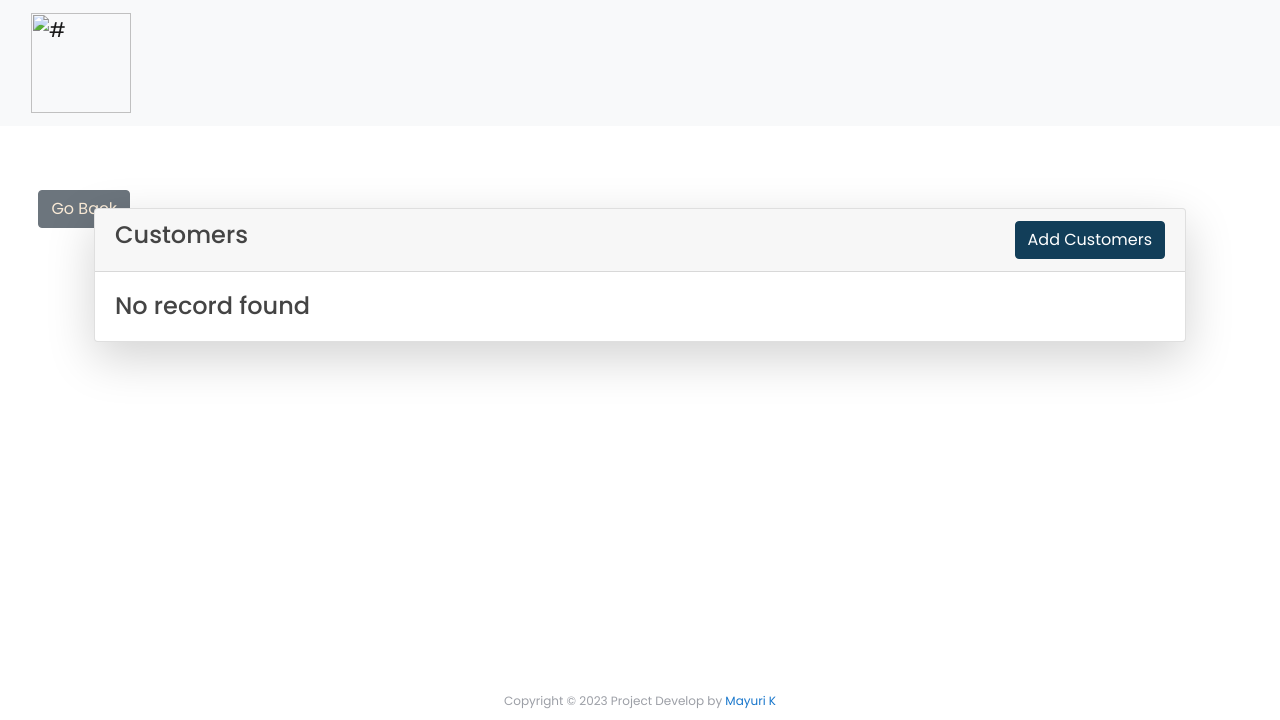
Repository: JyrossC/POS-PHP
Page: http://localhost/customer/customers.php
The author's editor kept a copy of each file at every save. The page is drawn from the files as they stood at one save, then again after the next save.
The browser window is 1280 px wide. The pictures show the whole page.
Some web fonts or font styles are not loaded; a fallback is used. The page is run by PHP 8.4 with error messages shown; the project is at /var/www/html/. Other server files are loaded and not shown. Queries for data that is not in the repository find no rows.

Above is the page before, as saved 2024-08-24 14:57:55.

### POS System/customer/customers.php
<?php

include('../header.php');
include('function.php');
include('header1.php');
include('navbar.php');



?>

<div class=" mt-5 py-3" style="margin-left: 3%; text-decoration: none;" >
    <button type="button" class="btn btn-secondary">
        <a href="../index.php" style="text-decoration: none; color:antiquewhite; ">Go Back</a>
    </button>
</div>

<div class="container px-4" style="margin-top: -60px;" >
    <div class="card mt-4 shadow-lg">
        <div class="card-header">
            <h4 class="mb-0">Customers
                <a href="add-customer.php" class="btn btn-primary float-end">Add Customers</a>
            </h4>
        </div>
        <div class="card-body">
            <?php alertMessage(); ?>

            <?php
                $customers = getAll('customers');
                if(!$customers){
                    echo '<h4>Something Went Wrong</h4>';
                    return false;
                }
                if(mysqli_num_rows($customers) > 0)
                {


            ?>

            <div class="table-responsive">
                <table class="table table-striped table-bordered">
                    <thead>
                        <tr>
                            <th>ID</th>
                            <th>Name</th>
                            <!-- <th>Email</th> -->
                            <th>Phone</th>
                            <!-- <th>image</th> -->
                            <th>Status</th>
                            <th>Action</th>
                        </tr>
                    </thead>
                    <tbody>

                        <?php foreach($customers as $item) : ?>
                        <tr>
                            <td><?=$item['id']; ?></td>
                            <td><?=$item['name']; ?></td>
                            <!-- <td><?=$item['email']; ?></td> -->
                            <td><?=$item['phone']; ?></td>
                            <!-- <td><?=$item['image']; ?></td> -->

                            <td class="justify-content-center">
                                <?php
                                   if($item['status'] == 1 )
                                   {
                                    echo '<span class="badge bg-danger">Hidden</span>';
                                   }
                                   else
                                   {
                                    echo '<span class="badge bg-success">Visible</span>';
                                   }
                                ?>

                            </td>
                            <td>
                                <a href="edit-customer.php?id=<?= $item['id']; ?>" class="btn btn-primary btn-sm">Edit</a>
                                <a href="delete-customer.php?id=<?= $item['id']; ?>" class="btn btn-danger btn-sm">Delete</a>
                            </td>
                        </tr>
                        <?php endforeach; ?>

                    </tbody>
                </table>
            </div>


            <?php
                        }
                        else
                        {
                            ?>
                            <tr>
                                <h4 class="mb-0">No record found</h4>
                            </tr>
                            <?php
                        }
                        ?>


        </div>
    </div>

    </div>
</div>

<!-- <div class="footer">
    <footer>
            <div class="row">
                <div class="col-4">
                <div class="card">
                    <div class="card-body">

                    </div>
                </div>
            </div>
        </div>
    </footer>
</div> -->

### POS System/header.php
  <link rel="icon" type="image/x-icon" href="assets/uploads/fav.png">
  <meta content="" name="descriptison">
  <meta content="" name="keywords">



  <!-- Google Fonts -->
  <link href="https://fonts.googleapis.com/css?family=Open+Sans:300,300i,400,400i,600,600i,700,700i|Raleway:300,300i,400,400i,500,500i,600,600i,700,700i|Poppins:300,300i,400,400i,500,500i,600,600i,700,700i" rel="stylesheet">
    <link rel="stylesheet" href="assets/font-awesome/css/all.min.css">
    <link href="https://cdn.jsdelivr.net/npm/bootstrap@5.1.3/dist/css/bootstrap.min.css" rel="stylesheet" integrity="sha384-1BmE4kWBq78iYhFldvKuhfTAU6auU8tT94WrHftjDbrCEXSU1oBoqyl2QvZ6jIW3" crossorigin="anonymous">
<!--  Orginal Author Name: Mayuri K.
 for any PHP, Codeignitor, Laravel OR Python work contact me at mayuri.infospace@gmail.com
 Visit website : www.mayurik.com -->

  <!-- Vendor CSS Files -->
  <link href="assets/vendor/bootstrap/css/bootstrap.min.css"  rel="stylesheet">
  <link href="assets/vendor/icofont/icofont.min.css" rel="stylesheet">
  <link href="assets/vendor/boxicons/css/boxicons.min.css" rel="stylesheet">
  <link href="assets/vendor/venobox/venobox.css" rel="stylesheet">
  <link href="assets/vendor/animate.css/animate.min.css" rel="stylesheet">
  <link href="assets/vendor/remixicon/remixicon.css" rel="stylesheet">
  <link href="assets/vendor/owl.carousel/assets/owl.carousel.min.css" rel="stylesheet">
  <link href="assets/vendor/bootstrap-datepicker/css/bootstrap-datepicker.min.css" rel="stylesheet">
  <link href="assets/DataTables/datatables.min.css" rel="stylesheet">
  <link href="assets/css/jquery.datetimepicker.min.css" rel="stylesheet">
  <link href="assets/css/select2.min.css" rel="stylesheet">


  <!-- Template Main CSS File -->
  <link href="assets/css/style.css" rel="stylesheet">
  <link type="text/css" rel="stylesheet" href="assets/css/jquery-te-1.4.0.css">

  <script src="assets/vendor/jquery/jquery.min.js"></script>
  <script src="assets/DataTables/datatables.min.js"></script>
  <script src="assets/vendor/bootstrap/js/bootstrap.bundle.min.js" defer></script>
  <script src="assets/vendor/jquery.easing/jquery.easing.min.js"></script>
  <script src="assets/vendor/php-email-form/validate.js"></script>
  <script src="assets/vendor/venobox/venobox.min.js"></script>
  <script src="assets/vendor/waypoints/jquery.waypoints.min.js"></script>
  <script src="assets/vendor/counterup/counterup.min.js"></script>
  <script src="assets/vendor/owl.carousel/owl.carousel.min.js"></script>
  <script src="assets/vendor/bootstrap-datepicker/js/bootstrap-datepicker.min.js"></script>
    <script type="text/javascript" src="assets/js/select2.min.js"></script>
    <script type="text/javascript" src="assets/js/jquery.datetimepicker.full.min.js"></script>
    <script type="text/javascript" src="assets/font-awesome/js/all.min.js"></script>
  <script type="text/javascript" src="assets/js/jquery-te-1.4.0.min.js" charset="utf-8"></script>

### POS System/customer/function.php
<?php
session_start();

require"../db_connect.php";

//input field validation
function validate($inputData){
    global $conn;
    $validatedData = mysqli_real_escape_string($conn, $inputData);
    return trim($validatedData);
}

//Redirect URL within pages with message (status)
function redirect($url, $status){
$_SESSION['status'] = $status;
header('Location: '. $url);
exit(0);
}


//Display messages of status after any process
function alertMessage(){
    if(isset($_SESSION['status'])){

        echo '<div class="alert alert-warning alert-dismissible fade show" role="alert">
            <h6>'. $_SESSION['status'] . '</h6>
            <button type="button" class="btn-close" data-bs-dismiss="alert" aria-label="Close"></button>
        </div>';
        unset($_SESSION['status']);
    }
}


//Insert  record into database function
function insert($tableName, $data){
    global $conn;

    $table = validate($tableName);

    $columns = array_keys($data);
    $values = array_values($data);

    $finalColumn= implode(', ', $columns);
    $finalValues = "'" .implode("', '", $values)."'";

    $query = "INSERT INTO $table ( $finalColumn) VALUES ($finalValues)";
    $result = mysqli_query($conn, $query);
    return $result;
}

//Update records into database function
function update($tableName, $id, $data){

    global $conn;

    $table = validate($tableName);
    $id = validate($id);

    $updateDataString = "";

    foreach($data as $column => $value){
        $updateDataString .= $column .'='. "'$value',";
        $finalUpdateData = substr(trim($updateDataString),0,-1);

        $query= "UPDATE $table SET $finalUpdateData WHERE id = '$id'";
        $result = mysqli_query($conn, $query);
        return $result;

    }
}
//Get all data  from database function
function getAll($tableName, $status = NULL){
        global $conn;
        $table = validate($tableName);
        $status = validate($status);

        if($status == 'status'){
            $query = "SELECT * FROM $table WHERE $status = '0'";
        }
        else
        {
            $query = "SELECT * FROM $table";
        }
        return mysqli_query($conn, $query);

    }

function getById($tableName, $id){
        global $conn;
        $table = validate($tableName);
        $id = validate($id);

        $query = "SELECT * FROM $table WHERE id = '$id' LIMIT 1";
        $result = mysqli_query($conn, $query);

        if($result){

            if(mysqli_num_rows($result) == 1){
                // $row = mysqli_fetch_array($result, MYSQLI_ASSOC);
                $row = mysqli_fetch_assoc($result);
                $response = [
                    'status' =>'200',
                    'data' =>$row,
                    'message' =>'Successfully fetched results'
                ];
                return $response;

            }else{
                $response = [
                    'status' =>'404',
                    'message' =>'No Data Found'
                ];
            }
        }
        else{
            $response = [
                'status' =>'500',
                'message' =>'Something went wrong'
            ];
        }

}


//Deleting data from database function
function delete($tableName, $id){

        global $conn;

        $table = validate($tableName);
        $id = validate($id);

        $query = "DELETE FROM  $table  WHERE  id = '$id' LIMIT  1";
        $result = mysqli_query($conn, $query);
        return $result;
}

//Check Parameter Function
function checkParamId($type)
{

    if(isset($_GET[$type]))
    {
        if($_GET[$type] != '')
        {
            return $_GET[$type];
        }
        else
        {
            return '<h5>No Id is Found</h5>';
        }
    }
    else
    {
        return '<h5>No Id is Given</h5>';
    }
}

//Log Out Function
function logoutSession(){
    unset( $_SESSION['loggedIn'] );
    unset( $_SESSION['loggedInUser'] );
}
?>

### POS System/db_connect.php
<?php

$conn= new mysqli('localhost','root','','kruxton')or die("Could not connect to mysql".mysqli_error($con));

### POS System/customer/header1.php
<link rel="icon" type="image/x-icon" href="assets/uploads/fav.png">
  <meta content="" name="descriptison">
  <meta content="" name="keywords">



  <!-- Google Fonts -->
  <link href="https://fonts.googleapis.com/css?family=Open+Sans:300,300i,400,400i,600,600i,700,700i|Raleway:300,300i,400,400i,500,500i,600,600i,700,700i|Poppins:300,300i,400,400i,500,500i,600,600i,700,700i" rel="stylesheet">
    <link rel="stylesheet" href="assets/font-awesome/css/all.min.css">
    <link href="https://cdn.jsdelivr.net/npm/bootstrap@5.1.3/dist/css/bootstrap.min.css" rel="stylesheet" integrity="sha384-1BmE4kWBq78iYhFldvKuhfTAU6auU8tT94WrHftjDbrCEXSU1oBoqyl2QvZ6jIW3" crossorigin="anonymous">


  <!-- Vendor CSS Files -->
  <link href="assets/vendor/bootstrap/css/bootstrap.min.css"  rel="stylesheet">
  <link href="assets/vendor/icofont/icofont.min.css" rel="stylesheet">
  <link href="assets/vendor/boxicons/css/boxicons.min.css" rel="stylesheet">
  <link href="assets/vendor/venobox/venobox.css" rel="stylesheet">
  <link href="assets/vendor/animate.css/animate.min.css" rel="stylesheet">
  <link href="assets/vendor/remixicon/remixicon.css" rel="stylesheet">
  <link href="assets/vendor/owl.carousel/assets/owl.carousel.min.css" rel="stylesheet">
  <link href="assets/vendor/bootstrap-datepicker/css/bootstrap-datepicker.min.css" rel="stylesheet">
  <link href="assets/DataTables/datatables.min.css" rel="stylesheet">
  <link href="assets/css/jquery.datetimepicker.min.css" rel="stylesheet">
  <link href="assets/css/select2.min.css" rel="stylesheet">


  <!-- Template Main CSS File -->
  <link href="assets/css/style.css" rel="stylesheet">
  <link type="text/css" rel="stylesheet" href="assets/css/jquery-te-1.4.0.css">

  <script src="assets/vendor/jquery/jquery.min.js"></script>
  <script src="assets/DataTables/datatables.min.js"></script>
  <script src="assets/vendor/bootstrap/js/bootstrap.bundle.min.js" defer></script>
  <script src="assets/vendor/jquery.easing/jquery.easing.min.js"></script>
  <script src="assets/vendor/php-email-form/validate.js"></script>
  <script src="assets/vendor/venobox/venobox.min.js"></script>
  <script src="assets/vendor/waypoints/jquery.waypoints.min.js"></script>
  <script src="assets/vendor/counterup/counterup.min.js"></script>
  <script src="assets/vendor/owl.carousel/owl.carousel.min.js"></script>
  <script src="assets/vendor/bootstrap-datepicker/js/bootstrap-datepicker.min.js"></script>
    <script type="text/javascript" src="assets/js/select2.min.js"></script>
    <script type="text/javascript" src="assets/js/jquery.datetimepicker.full.min.js"></script>
    <script type="text/javascript" src="assets/font-awesome/js/all.min.js"></script>
  <script type="text/javascript" src="assets/js/jquery-te-1.4.0.min.js" charset="utf-8"></script>

### POS System/customer/navbar.php


<nav class="navbar navbar-light bg-light">
  <div class="container-fluid">
    <a class="navbar-brand" href="#">
      <img src="" alt="#" width="100" height="100" class="d-inline-block align-text-top" style="margin-right: 15%;">
    </a>
    <div style="margin-right: 10%;" >
      <h5 class="text-success" >
        <?php echo isset($_SESSION['system']['name']) ? $_SESSION['system']['name'] : '' ?>
      </h5>
    </div>
  </div>
</nav>

Loaded but not shown: POS System/assets/font-awesome/css/all.min.css (library); POS System/assets/DataTables/datatables.min.css (library); POS System/assets/css/jquery.datetimepicker.min.css (library); POS System/assets/css/select2.min.css (library); POS System/assets/css/jquery-te-1.4.0.css (library); POS System/assets/DataTables/datatables.min.js (library); POS System/assets/js/select2.min.js (library); POS System/assets/js/jquery.datetimepicker.full.min.js (library); POS System/assets/js/jquery-te-1.4.0.min.js (library); POS System/assets/css/style.css (1743 lines, source omitted)

After the next save:
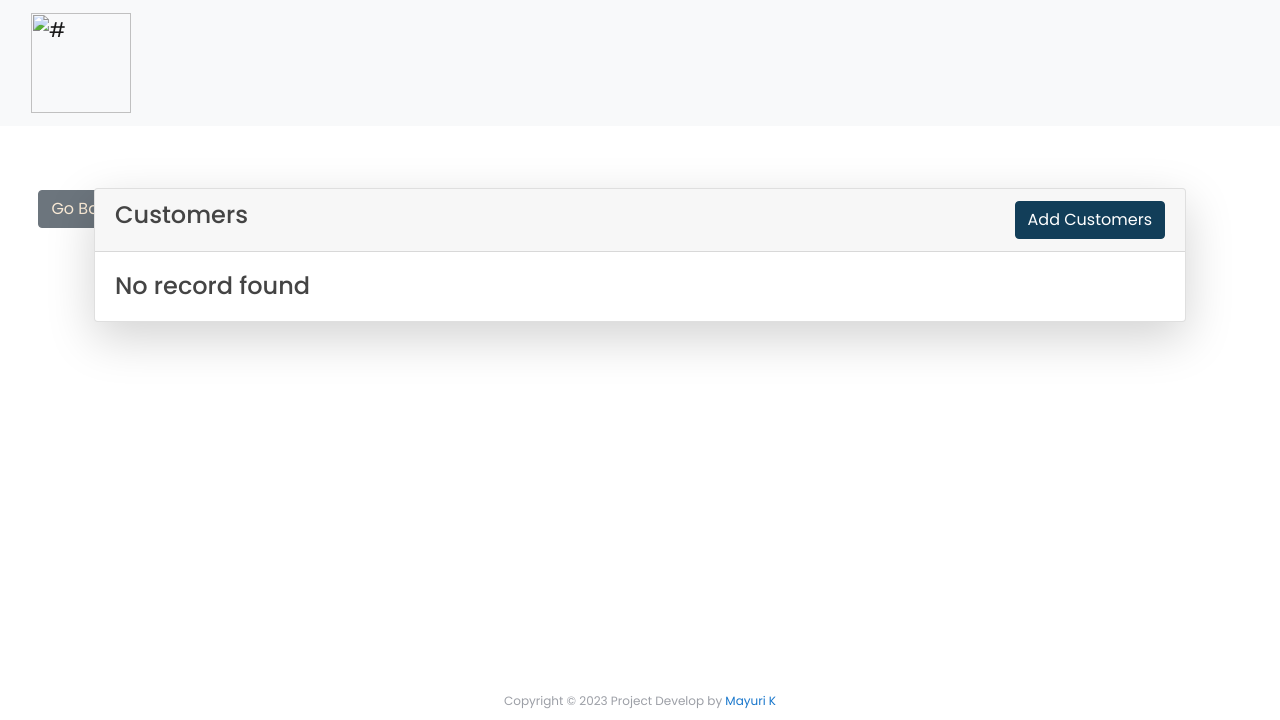
Saved 8 s later.
--- a/POS System/customer/customers.php
+++ b/POS System/customer/customers.php
@@ -15,7 +15,7 @@ include('navbar.php');
     </button>
 </div>
 
-<div class="container px-4" style="margin-top: -60px;" >
+<div class="container px-4" style="margin-top: -80px;" >
     <div class="card mt-4 shadow-lg">
         <div class="card-header">
             <h4 class="mb-0">Customers
